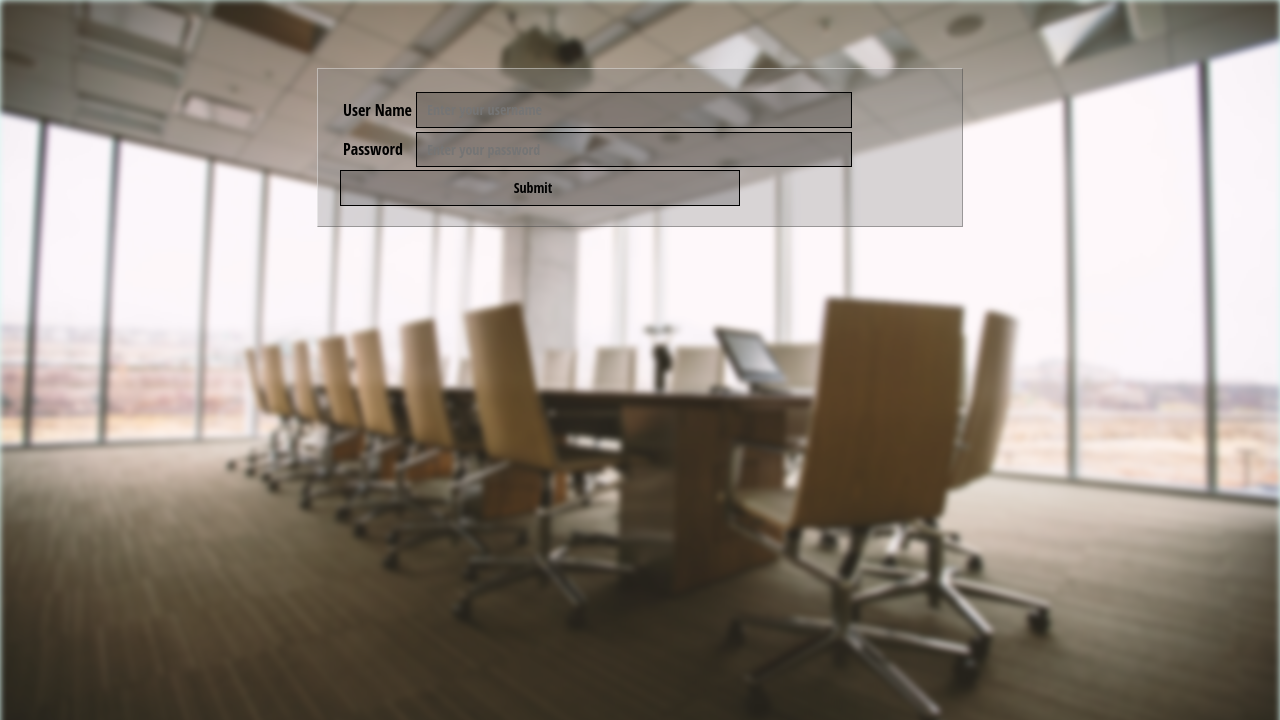
Repository: IT20643218/Employee-Management-System-OOP-Project-20-Y2S2
Page: http://localhost/EmployeeDemo/login.jsp
These files come from the project's save history. The page is drawn as it stood at one moment and after the next save; the edit follows.
The browser window is 1280 px wide. The pictures show the whole page.
Some web fonts or font styles are not loaded; a fallback is used. The page is served by Tomcat 9. Nobody is signed in. The application's start-up code is not run. Other server files are loaded and not shown.

Above is the page before, as saved 2021-09-30 13:05:59.

### Java_Project/EmployeeDemo/src/main/webapp/login.jsp
<%@ page language="java" contentType="text/html; charset=ISO-8859-1"
    pageEncoding="ISO-8859-1"%>
<!DOCTYPE html>
<html>
<head>
<meta charset="ISO-8859-1">
<title>Insert title here</title>
</head>
<link rel="stylesheet" href="style1.css">
<style>
@import url(https://fonts.googleapis.com/css?family=Open+Sans+Condensed:700);

body {
  background-color: #daf7f3;
  font-family: "Open Sans Condensed", sans-serif;
  padding: 40px;
}

#bg {
  position: fixed;
  left: 0;
  top: 0;
  width: 100%;
  height: 100%;
  background: url(images/login.jpg) no-repeat center center fixed;
  background-size: cover;
  -webkit-filter: blur(3px);
}

form {
  position: relative;
  width: 600px;
  margin: 0 auto;
  background: rgba(130,130,130,.3);
  padding: 20px 22px;
  border: 1px solid;
  border-top-color: rgba(255,255,255,.4);
  border-left-color: rgba(255,255,255,.4);
  border-bottom-color: rgba(60,60,60,.4);
  border-right-color: rgba(60,60,60,.4);
}

form input {
	width: 400px;
	border: 1px solid;
	background-color: rgba(0,0,0,.2);
  	background-repeat: no-repeat;
  	padding: 8px 24px 8px 10px;
  	font: bold .875em/1.25em "Open Sans Condensed", sans-serif;
}

.ab{
margin:left;
}
</style>
<body>
<div id="bg"></div>

<div>
	<form action="log" method="post">
	<table>
	<tr>
		<td>User Name</td>
		<td><input type="text" name="uid" placeholder="Enter your username" ></td>
	</tr>

	<tr>
		<td>Password</td>
		<td><input type="password" name="pass" placeholder="Enter your password" ></td>
	</tr>
	</table>


	<input class="ab" type="submit" name="submit" value="Submit">


	</form>
</div>
</body>
</html>

### Java_Project/EmployeeDemo/src/main/webapp/exstyle/style1.css
@charset "ISO-8859-1";
div {
  border-radius: 5px;
  background-color: #f2f2f2;
  padding: 20px;
}

After the next save:
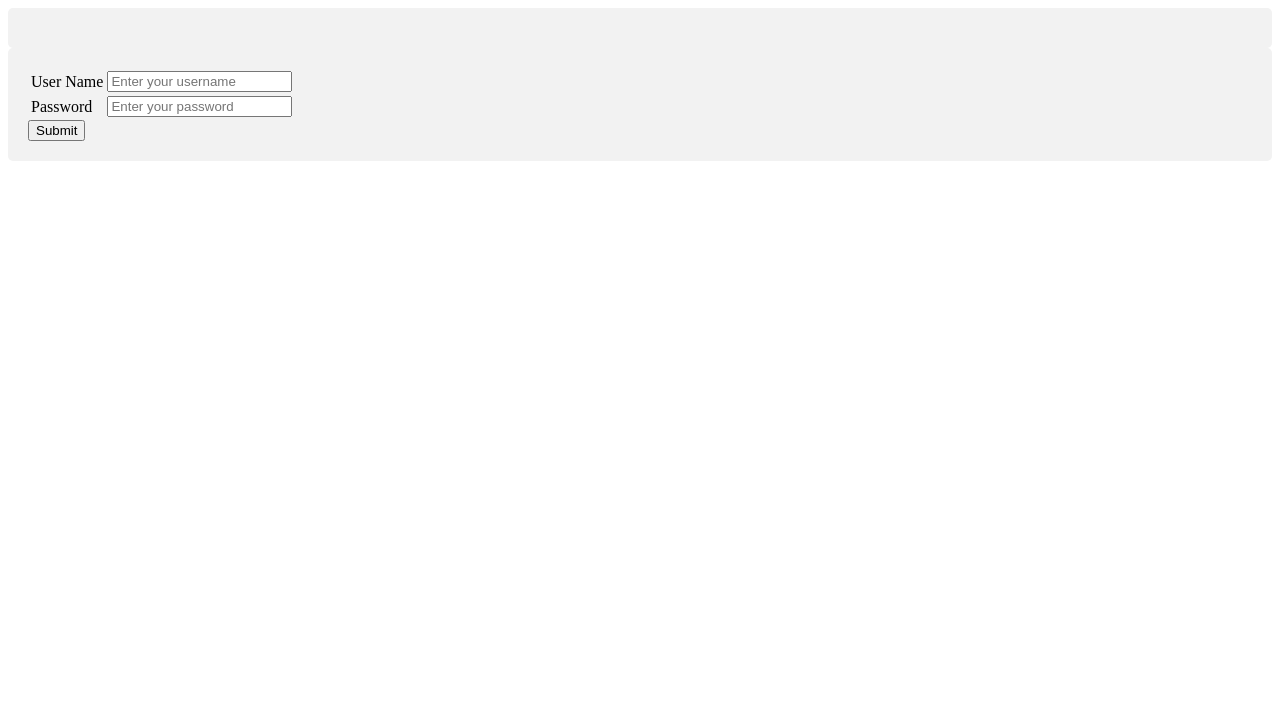
Saved 82 s later.
--- a/Java_Project/EmployeeDemo/src/main/webapp/login.jsp
+++ b/Java_Project/EmployeeDemo/src/main/webapp/login.jsp
@@ -8,50 +8,7 @@
 </head>
 <link rel="stylesheet" href="style1.css">
 <style>
-@import url(https://fonts.googleapis.com/css?family=Open+Sans+Condensed:700);
 
-body {
-  background-color: #daf7f3;
-  font-family: "Open Sans Condensed", sans-serif;
-  padding: 40px;
-}
-
-#bg {
-  position: fixed;
-  left: 0;
-  top: 0;
-  width: 100%;
-  height: 100%;
-  background: url(images/login.jpg) no-repeat center center fixed;
-  background-size: cover;
-  -webkit-filter: blur(3px);
-}
-
-form {
-  position: relative;
-  width: 600px;
-  margin: 0 auto;
-  background: rgba(130,130,130,.3);
-  padding: 20px 22px;
-  border: 1px solid;
-  border-top-color: rgba(255,255,255,.4);
-  border-left-color: rgba(255,255,255,.4);
-  border-bottom-color: rgba(60,60,60,.4);
-  border-right-color: rgba(60,60,60,.4);
-}
-
-form input {
-	width: 400px;
-	border: 1px solid;
-	background-color: rgba(0,0,0,.2);
-  	background-repeat: no-repeat;
-  	padding: 8px 24px 8px 10px;
-  	font: bold .875em/1.25em "Open Sans Condensed", sans-serif;
-}
-
-.ab{
-margin:left;
-}
 </style>
 <body>
 <div id="bg"></div>
